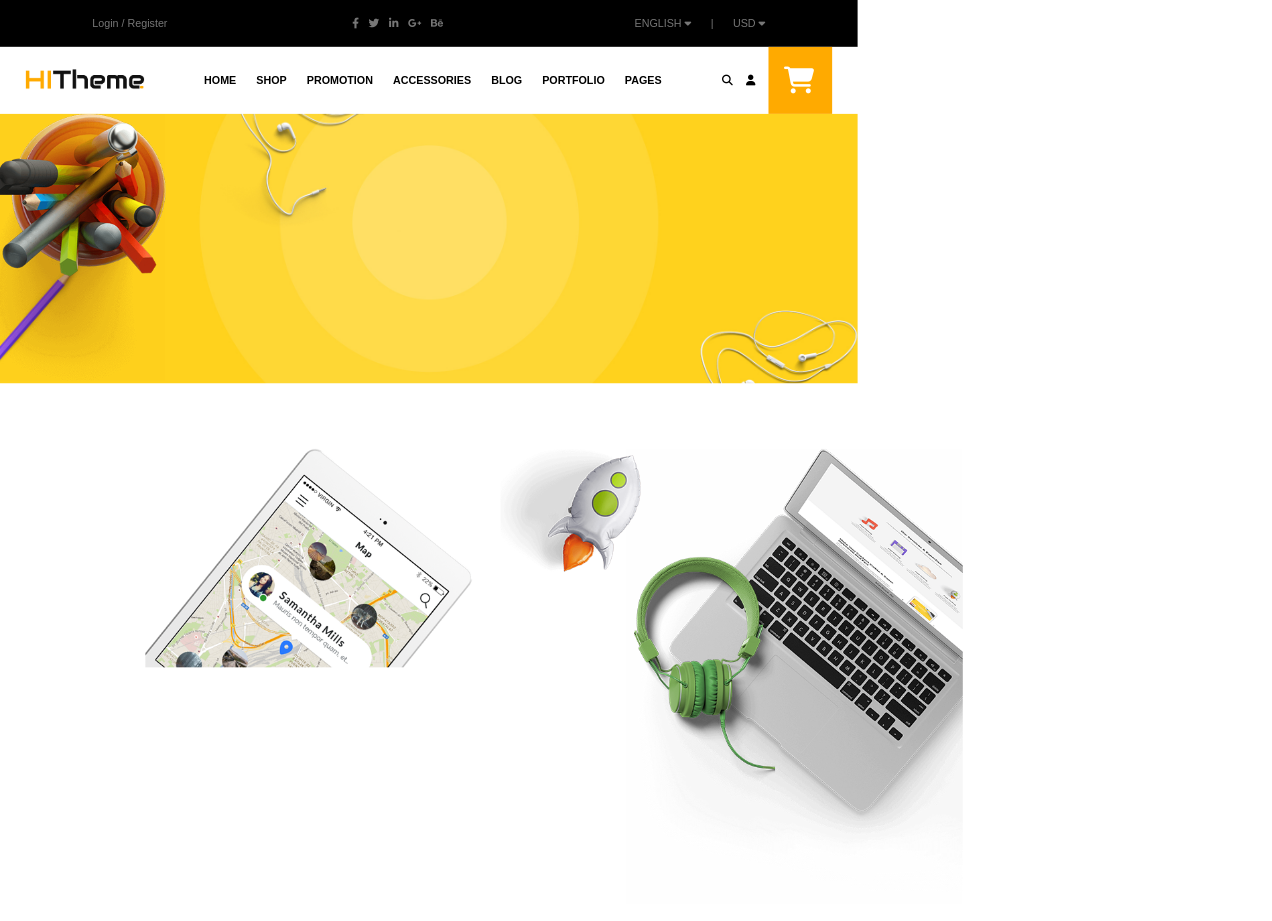
Repository: Thach1311/DU-AN-WEB-BAN-HANG-
Page: index1.html
An editor plug-in stored every save of this project. The page is shown before and after the next save, followed by the edit.
The browser window is 1280 px wide. The page is 1437 px wide, then 1899 px, so the pictures cover 1899 px, including what lies to the right of the window. The pictures show the whole page, at 67% of full size.

Above is the page before, as saved 2023-02-23 17:34:30.

After the next save:
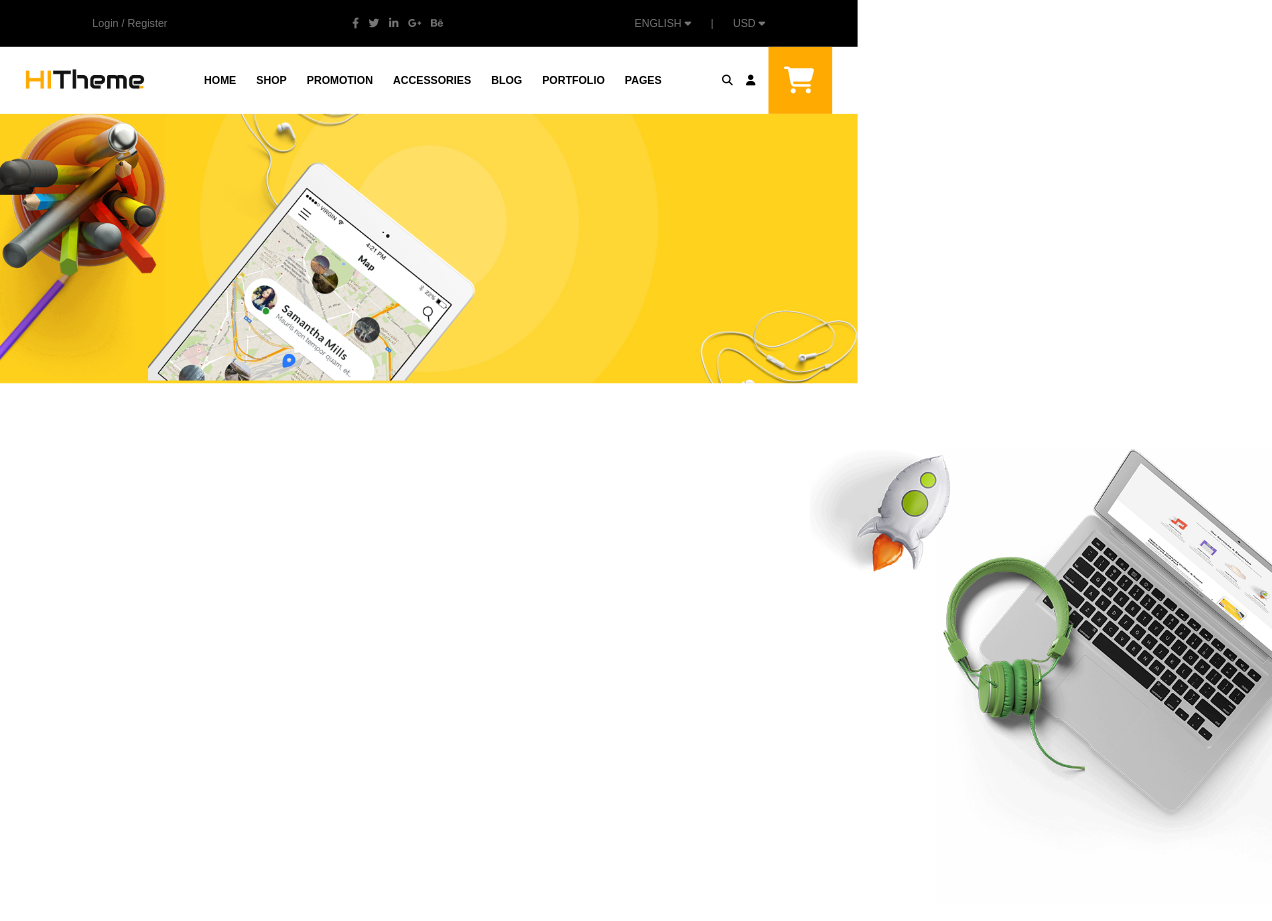
Saved 3 s later.
--- a/CSS/style1.css
+++ b/CSS/style1.css
@@ -621,8 +621,7 @@
     margin-top: 500px; */
 }
 .slide__bgMain-item2{
-    position: absolute;
-    margin-top: 500px;
+
      animation: go 2s infinite alternate-reverse;
 }
 .slide__bgMain-item3{
